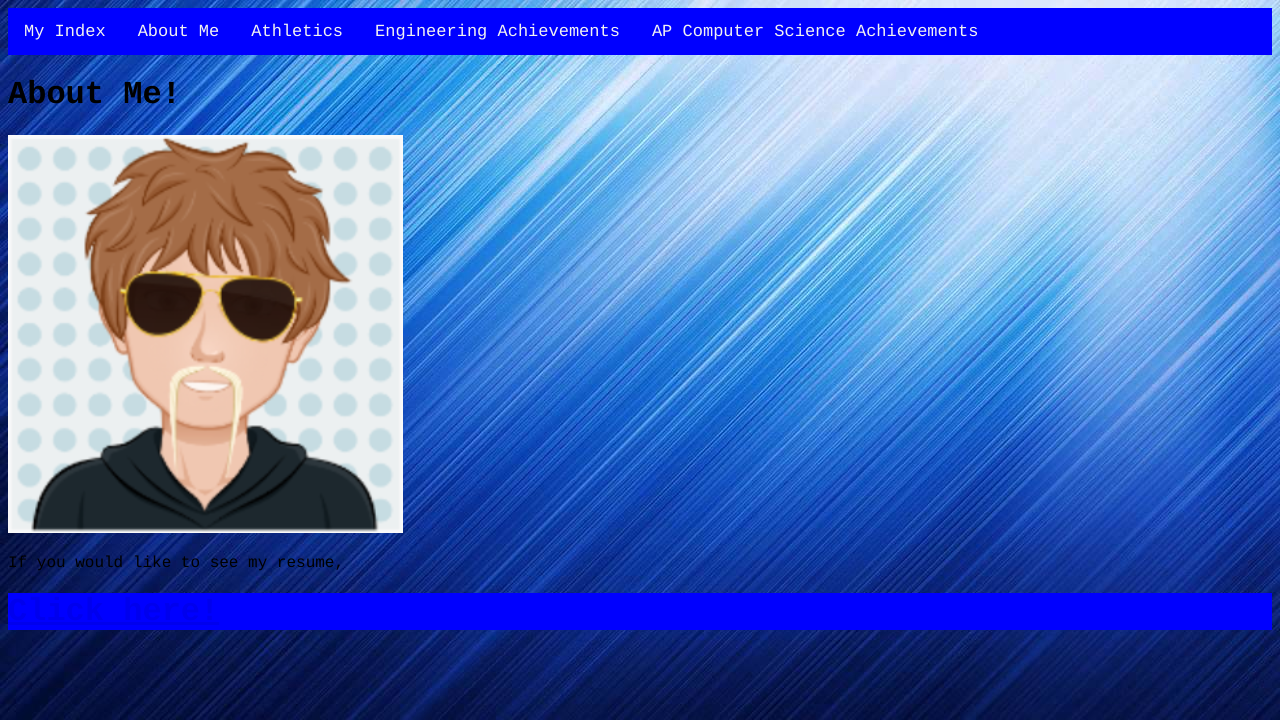
Repository: jacobsirois/jacobsirois.github.io
Page: aboutme.html
The author's editor kept a record of every edit. The page is drawn from the files as they stood at one moment, then again after the next edit.
The browser window is 1280 px wide. The pictures show the whole page.

Above is the page before.
Not found: index.css

### aboutme.html
<!DOCTYPE html>
<html>
<head>
<title>Page Title</title>
</head>
<body>

<title>
"About Me"
<meta charset="utf-8">
</title>
<link href="index.css" rel="stylesheet" type="text/css">
<meta name="viewport" content="width=device-width, initial-scale=1">
<link rel="stylesheet" href="https://cdnjs.cloudflare.com/ajax/libs/font-awesome/4.7.0/css/font-awesome.min.css">

<style>
body {
  font-family: courier;
}

.topnav {
  overflow: hidden;
  background-color: blue;
}

.topnav a {
  float: left;
  display: block;
  background-color: blue;
  color: #f2f2f2;
  text-align: center;
  padding: 14px 16px;
  text-decoration: none;
  font-size: 17px;
}

.topnav a:hover {
  background-color: #ddd;
  color: black;
}

.active {
  background-color: #ff66a3;
  color: white;
}

.topnav .icon {
  display: none;
}

@media screen and (max-width: 600px) {
  .topnav a:not(:first-child) {display: none;}
  .topnav a.icon {
    float: right;
    display: block;
  }
}

@media screen and (max-width: 600px) {
  .topnav.responsive {position: relative;}
  .topnav.responsive .icon {
    position: absolute;
    right: 0;
    top: 0;
  }
  .topnav.responsive a {
    float: none;
    display: block;
    text-align: left;
  }
}
</style>

<div class="topnav" id="myTopnav">
  <a href="index.html" class="active">My Index</a>
  <a href="aboutme.html">About Me</a>
  <a href="athletics.html">Athletics</a>
  <a href="engineering.html">Engineering Achievements</a>
  <a href="compsci.html">AP Computer Science Achievements</a>
  <a href="javascript:void(0);" class="icon" onclick="myFunction()">
    <i class="fa fa-bars"></i>
  </a>
</div>

<script>
function myFunction() {
    var x = document.getElementById("myTopnav");
    if (x.className === "topnav") {
        x.className += " responsive";
    } else {
        x.className = "topnav";
    }
}
</script>

<style>
body {
  background-image: url('anotha background.jpg');
  background-repeat: no-repeat;
  background-attachment: fixed;
  background-size: 100% 100%;
}
</style>


<h1>About Me!</h1>
<img src="images/avatar.jpg" alt="my avatar">
<p>If you would like to see my resume,</p>
<a href="https://docs.google.com/document/d/1-AdmVu0SB5snxsAU3fiWYV94WNg3X-d_nUklR3OvtXk/edit?usp=sharing" target="_blank"><h1 style="background-color:Blue;">Click here!</a></h1>
</body>
</html>

After the next edit:
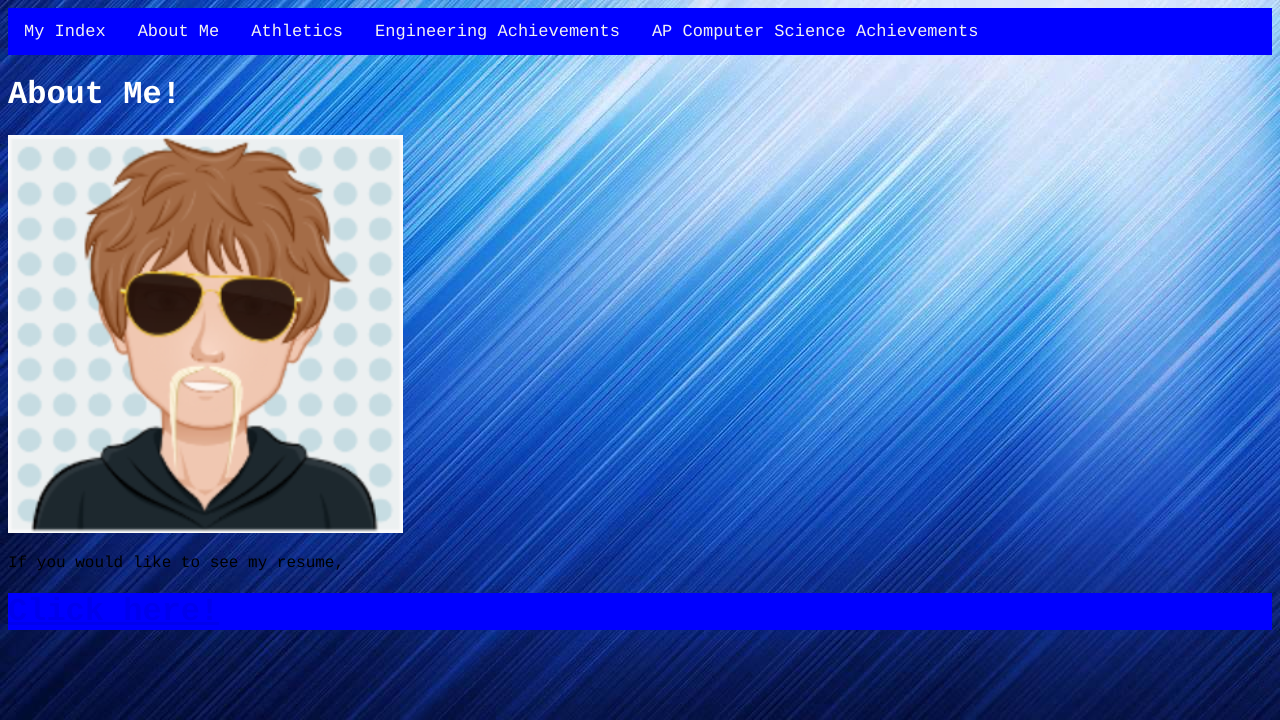
The edit:
--- a/aboutme.html
+++ b/aboutme.html
@@ -103,7 +103,7 @@
 </style>
 
 
-<h1>About Me!</h1>
+<h1 style="color:White;">About Me!</h1>
 <img src="images/avatar.jpg" alt="my avatar">
 <p>If you would like to see my resume,</p>
 <a href="https://docs.google.com/document/d/1-AdmVu0SB5snxsAU3fiWYV94WNg3X-d_nUklR3OvtXk/edit?usp=sharing" target="_blank"><h1 style="background-color:Blue;">Click here!</a></h1>
